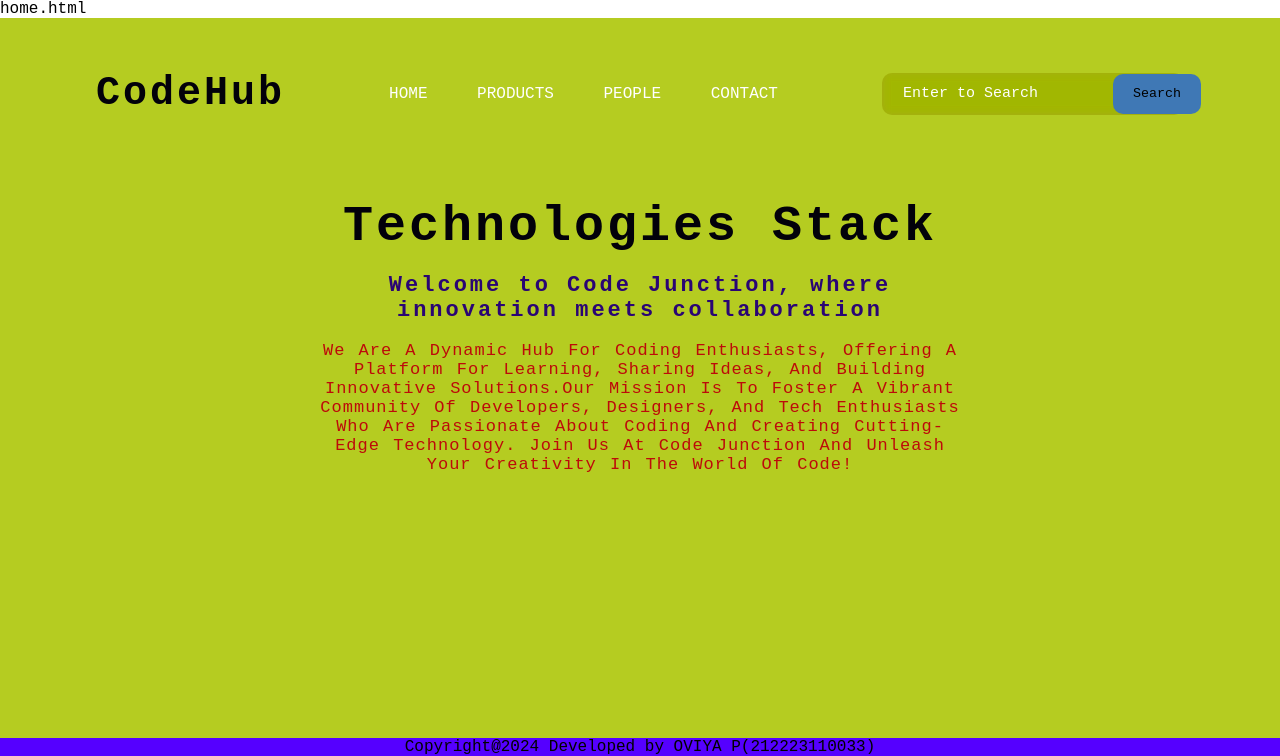
Repository: Oviya24032K6/softweb
Page: oviya/softapp/static/home.html
An editor plug-in stored every save of this project. The page is shown before and after the next save, followed by the edit.
The browser window is 1280 px wide. The pictures show the whole page.

Above is the page before, as saved 2024-04-25 22:34:55.

### oviya/softapp/static/home.html
home.html

<html>
    <head>
        <meta name="viewport" content="width=device-width, initial-scale=1.0">
        <title>CodeCraft</title>
        <style type="text/css">
            * {
                margin: 0;
                padding: 0;
                font-family: 'Courier New', Courier, monospace;
                        }
            .banner {
                width: 100%;
                height: 100vh;
                background-size: cover;
                background-position: center;
		background-color:rgb(181, 204, 33);
            }
            .navbar {
                width: 85%;
                margin: auto;
                padding: 35px 0;
                display: flex;
                align-items: center;
                justify-content: space-between;
            }
            .logo {
                color:rgb(4, 1, 14);
                font-size: 40px;
                font-weight: 700;
                letter-spacing: 3px;
            }
            span {
                color: rgb(2, 1, 10);
            }
            form {
                width: 300px;
                height: 40px;
                display: flex;
                background: rgba(107, 47, 7, 0.2);
                padding: 1px 1px;
                font-size: 15px;
                border-radius: 10px;
                backdrop-filter: blur(4px) saturate(180%);
            }
            form input {
                background: transparent;
                flex: 1;
                border: 0;
                outline: none;
                padding: 12px 20px;
                font-size: 15px;
                color: white;
            }
            ::placeholder {
                color: white;
            }
            form button {
                border: 0;
                outline: none;
                padding: 5px 20px;
                color:black;
                border-radius: 10px;
                background:rgb(63, 120, 181);
                cursor: pointer;
            }
            .navbar li {
                list-style: none;
                display: inline-block;
                margin: 0 20px;
                position: relative;
            }
            .navbar li a {
                text-decoration: none;
                color: white;
                text-transform: uppercase;
            }
            .navbar li:hover {
                border: 1px;
                padding: 10px;
                color: white;
                background-color:rgb(145, 41, 103);
                transition: 0.5s;
                cursor: pointer;
                border-radius: 30px;
            }
            .content {
                position: absolute;
                top: 50%;
                left: 50%;
                transform: translate(-50%,-50%);
                text-align: center;
            }
            .text h2 {
                color: yellow;
                font-weight: 800;
                font-size: 50px;
                letter-spacing: 3px;
            }
	    .text h3 {
                color: rgb(42, 5, 116);
                font-weight: 800;
                font-size: 22px;
                letter-spacing: 3px;
            }

            .text p {
                color: rgb(189, 10, 10);
                text-transform: capitalize;
                font-size: 17px;
                margin-bottom: 30px;
                word-spacing: 2px;
                letter-spacing: 1px;

            }
                footer {
                background-color: rgb(85, 0, 255);
                margin-top: auto;
            }
        </style>
    </head>
<body>
    <div class="banner">
        <br>
        <div class="navbar">
            <h1 class="logo"><span>CodeHub</span></h1>
            <ul>
                <li><a href="home.html"> Home </a></li>
                <li><a href="Product.html"> Products </a></li>
                <li><a href="person.html"> People </a></li>
                <li><a href="contact.html"> Contact </a></li>
            </ul>
            <form action="" method="get">
                <input type="text" placeholder="Enter to Search">
                <button type="submit"> Search </button>
            </form>
        </div>
        <div class="content">
            <div class="text">
                <h2><span> Technologies Stack </span></h2>
                <br>
		<h3>Welcome to Code Junction, where innovation meets collaboration</h3>
		<br>
                <p>We are a dynamic hub for coding enthusiasts, offering a platform for learning, sharing ideas, and building innovative solutions.Our mission is to foster a vibrant community of developers, designers, and tech enthusiasts who are passionate about coding and creating cutting-edge technology. Join us at Code Junction and unleash your creativity in the world of code!</p>
                <br>

            </div>
        </div>
    </div>
    <footer>
        <center> Copyright@2024 Developed by OVIYA P(212223110033)</center>
    </footer>
</body>
</html>

After the next save:
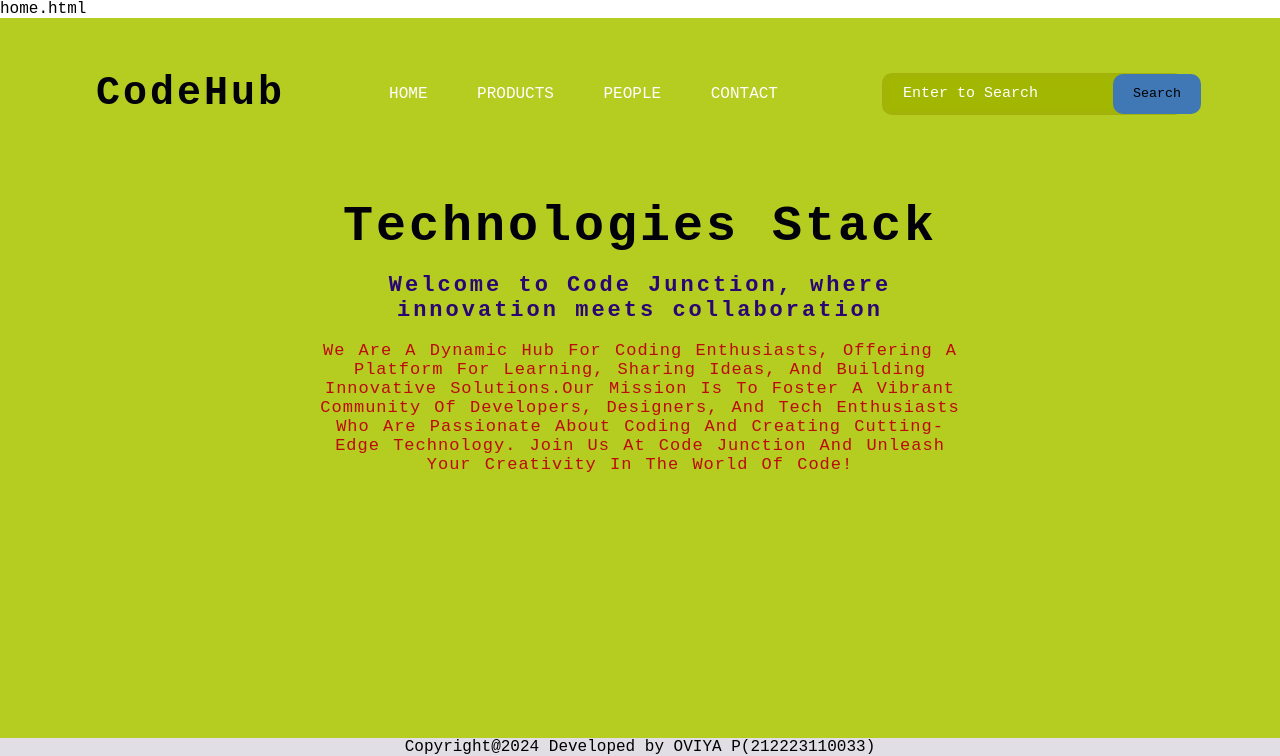
Saved 10 s later.
--- a/oviya/softapp/static/home.html
+++ b/oviya/softapp/static/home.html
@@ -115,7 +115,7 @@ home.html
 
             }
                 footer {
-                background-color: rgb(85, 0, 255);
+                background-color: rgb(225, 222, 229);
                 margin-top: auto;
             }
         </style>
